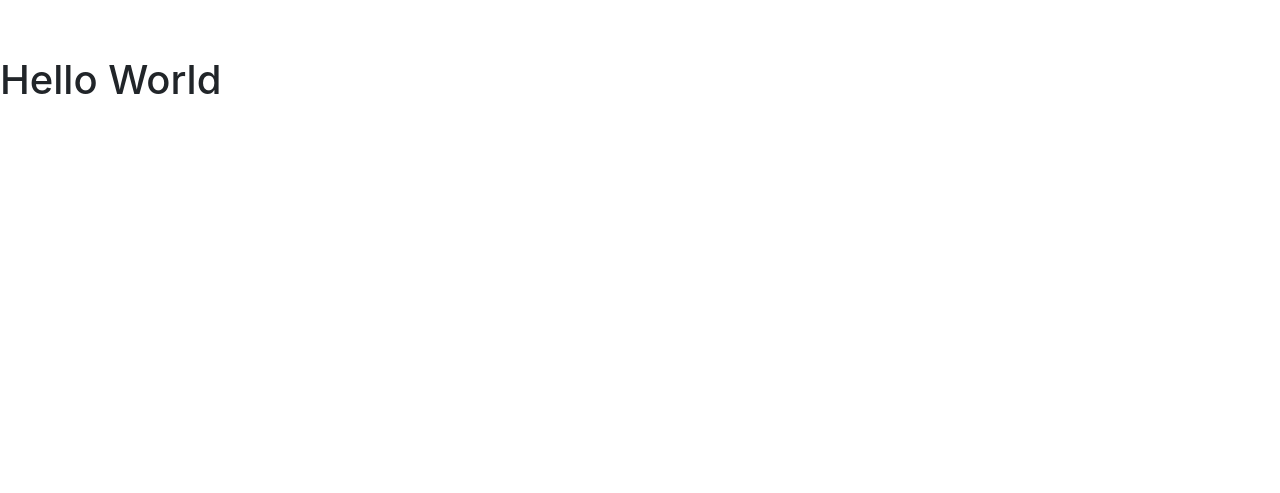
Repository: rajendratamang/laravel-10-youtube
Page: / (app in vue js/todo/)
These files come from the project's save history. The page is drawn as it stood at one moment and after the next save; the edit follows.
The browser window is 1280 px wide. The pictures show the whole page.
The project was rebuilt for these pictures with package versions that can differ from the ones it lists, and the page was loaded fresh each time. Also part of the build but not shown: vue js/todo/vite.config.js, vue js/todo/src/assets/main.css.

Above is the page before, as saved 2024-07-19 11:08:35.

After the next save:
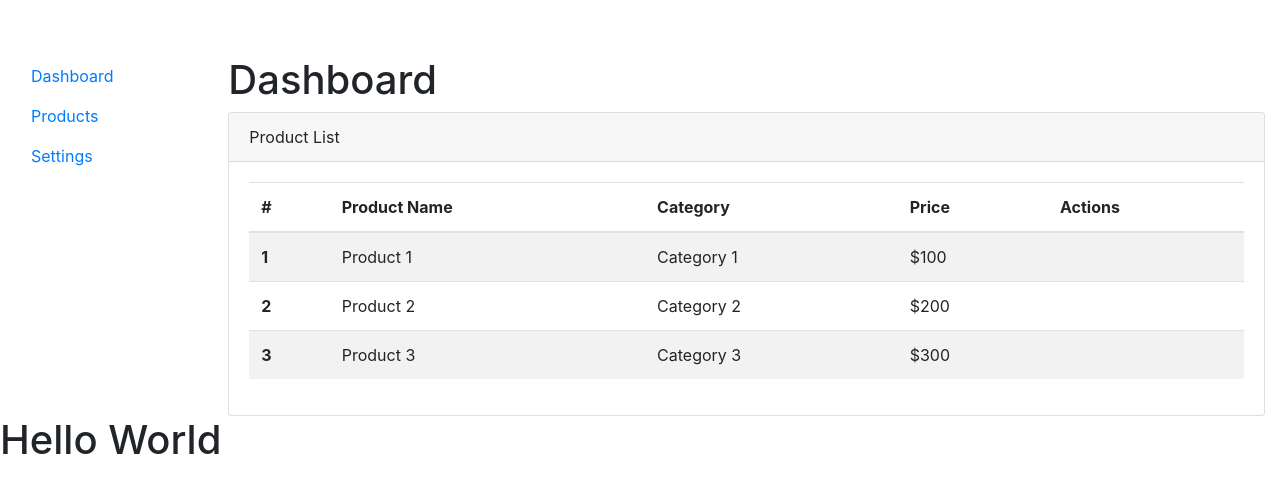
Saved 43 s later.
--- a/vue js/todo/src/App.vue
+++ b/vue js/todo/src/App.vue
@@ -1,9 +1,13 @@
 <script setup>
 import Navbar from './components/Navbar.vue';
+import TaskPage from './pages/TasksPage.vue';
+
 </script>
 
 <template>
   <Navbar/>
+  <TaskPage/>
+
  <h1>Hello World</h1>
 </template>
 
